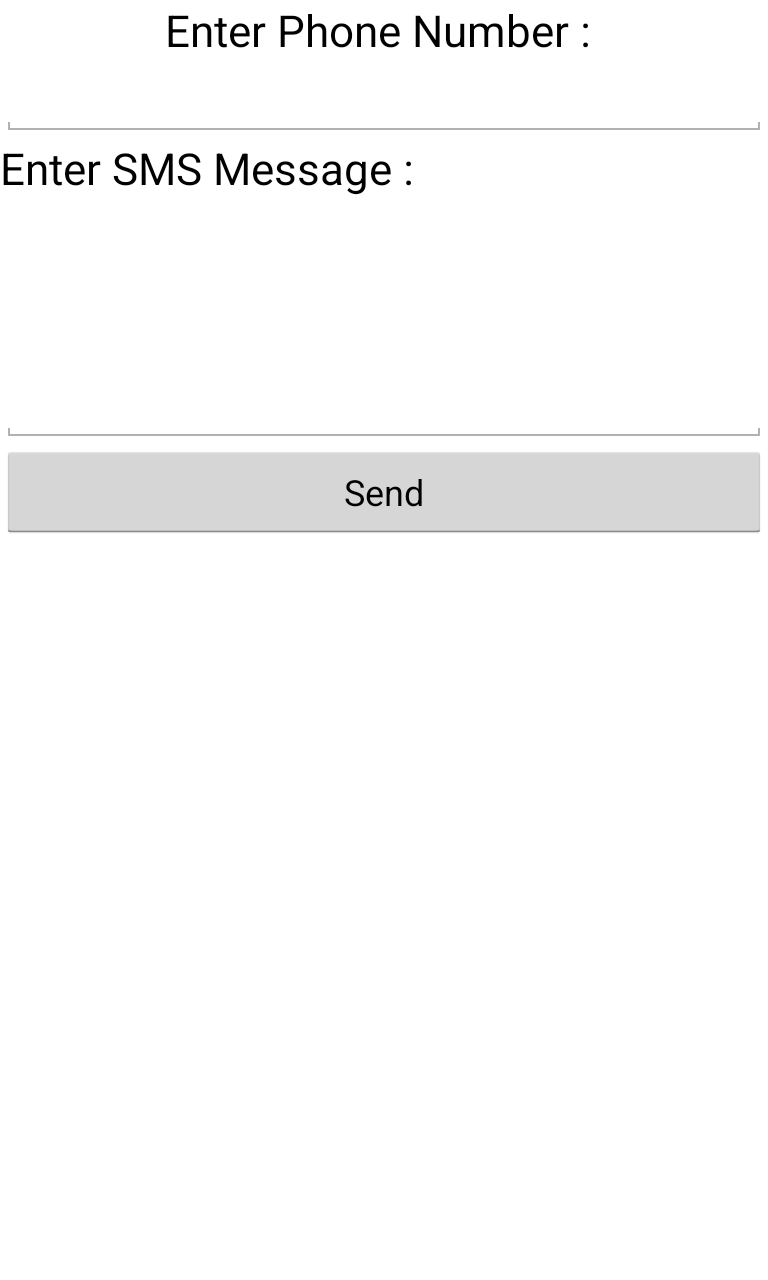
Repository: maya-alba/BasicInterface
Layout: SendSMS/res/layout/send_layout.xml
The author's editor kept a copy of each file at every save. The layout is drawn from the files as they stood at one save, then again after the next save.
It is drawn on a 768 x 1280 px phone screen (xhdpi) without system bars, with theme AppTheme; the app's code is not run.

Above is the layout before, as saved 2014-03-23 03:49:59.

After the next save:
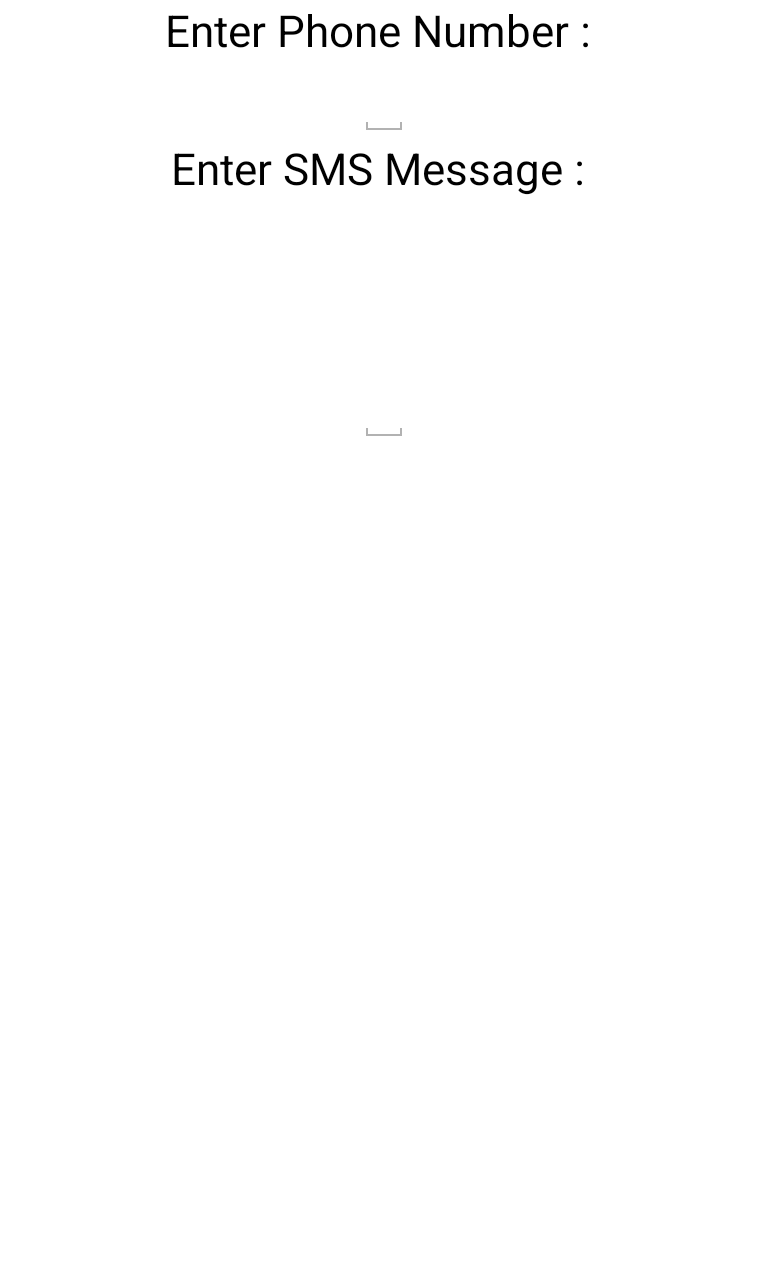
Saved 74 s later.
--- a/SendSMS/res/layout/send_layout.xml
+++ b/SendSMS/res/layout/send_layout.xml
@@ -15,8 +15,9 @@
 
     <EditText
         android:id="@+id/editTextPhoneNo"
-        android:layout_width="fill_parent"
+        android:layout_width="wrap_content"
         android:layout_height="wrap_content"
+        android:layout_gravity="center_horizontal"
         android:phoneNumber="true" >
     </EditText>
 
@@ -24,21 +25,24 @@
         android:id="@+id/textViewSMS"
         android:layout_width="wrap_content"
         android:layout_height="wrap_content"
+        android:layout_gravity="center_horizontal"
         android:text="Enter SMS Message : "
         android:textAppearance="?android:attr/textAppearanceLarge" />
 
     <EditText
         android:id="@+id/editTextSMS"
-        android:layout_width="fill_parent"
+        android:layout_width="wrap_content"
         android:layout_height="wrap_content"
+        android:layout_gravity="center_horizontal"
         android:inputType="textMultiLine"
         android:lines="5"
         android:gravity="top" />
 
     <Button
         android:id="@+id/buttonSend"
-        android:layout_width="fill_parent"
+        android:layout_width="warp_content"
         android:layout_height="wrap_content"
+        android:layout_gravity="center_horizontal"
         android:text="Send" />
 
 </LinearLayout>
